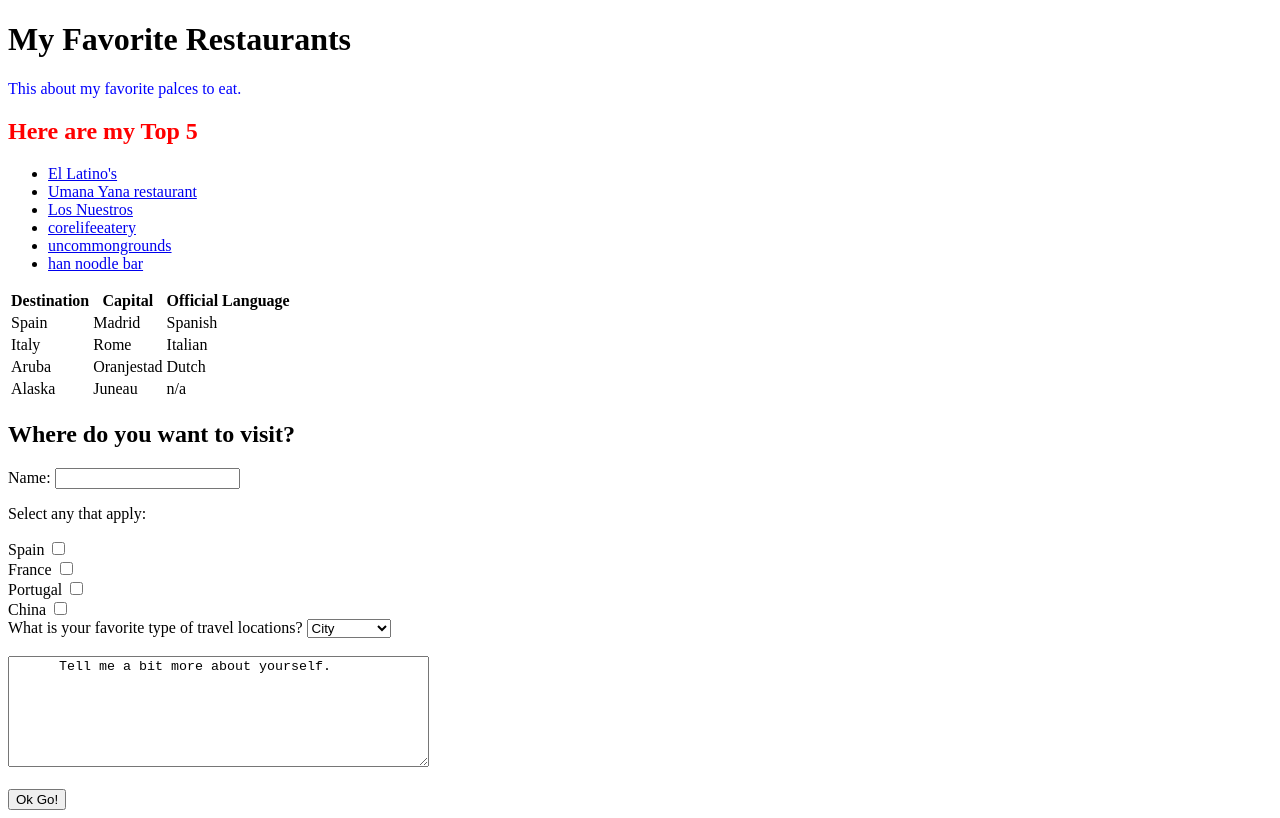
Repository: ayannasampson/FavRest
Page: rest.html
An editor plug-in stored every save of this project. The page is shown before and after the next save, followed by the edit.
The browser window is 1280 px wide. The pictures show the whole page.

Above is the page before, as saved 2023-03-14 18:02:35.
Not found: basics.css

### rest.html
<!DOCTYPE html>
<html>

    <head>
      <title>Favorite Restaurants</title>
      <link rel="stylesheet" href="basics.css">
    </head>
    <style>
      .red {
        color: red;
      }
      .blue {
        color: blue;
      }
    </style>
    <body>
      <h1> My Favorite Restaurants</h1>
      <div class="blue">
      <p>This about my favorite palces to eat.</p>
    </div>
      <h2> <span class="red">Here are my Top 5 </span></h2>
      <ul>
        <li>

          <a href="https://www.facebook.com/ElLatinoRestaurant/" target="_blank">El Latino's</a>
        </li>
        <li>

          <a href="http://www.umanarestaurant.com/" target="_blank">Umana Yana restaurant</a>
        </li>
        <li>

          <a href="https://lonuestrodominicanrestaurant.com/" target="_blank">Los Nuestros</a>
        </li>
        <li>

          <a href="https://www.corelifeeatery.com/" target="_blank">corelifeeatery</a>
        </li>
        <li>

            <a href="https://www.uncommongrounds.com/" target="_blank">uncommongrounds</a>
          </li>
          <li>
            <a href="https://hannoodlebar.com/" target="_blank">han noodle bar</a>
          </li>
      </ul>

<table>
  <tr>
    <th>Destination</th>
    <th>Capital</th>
    <th>Official Language</th>
  </tr>
  <tr>
    <td>Spain</td>
    <td>Madrid</td>
    <td>Spanish</td>
  </tr>
  <tr>
    <td>Italy</td>
    <td>Rome</td>
    <td>Italian</td>
  </tr>
  <tr>
    <td>Aruba</td>
    <td>Oranjestad</td>
    <td>Dutch</td>
  </tr>
  <tr>
    <td>Alaska</td>
    <td>Juneau</td>
    <td>n/a</td>
  </tr>
</table>
<h2> Where do you want to visit? </h2>
<form>
  <label for="name">Name: </label>
  <input type="text" id="name" name="name"
<br>
<p>Select any that apply:</p>
<label for="spain">Spain</label>
    <input type="checkbox" id="spain" name="spain"><br>

    <label for="france">France</label>
    <input type="checkbox" id="france" name="france"><br>

    <label for="portugal">Portugal</label>
    <input type="checkbox" id="portugal" name="portugal"><br>
    <label for="china">China</label>
    <input type="checkbox" id="china" name="china"><br>
    <label for="type">What is your favorite type of travel locations?</label>
        <select id="type" name="type">
            <option value="beach">Beach</option>
            <option value="mountains">Mountains</option>
            <option value="city" selected>City</option>
        </select>
        <br><br>
    <textarea id="bio" name="bio" rows="7" cols="50">
      Tell me a bit more about yourself.
    </textarea>
    <br><br>
    <input type=submit value="Ok Go!">
</form>

</body>
</html>

After the next save:
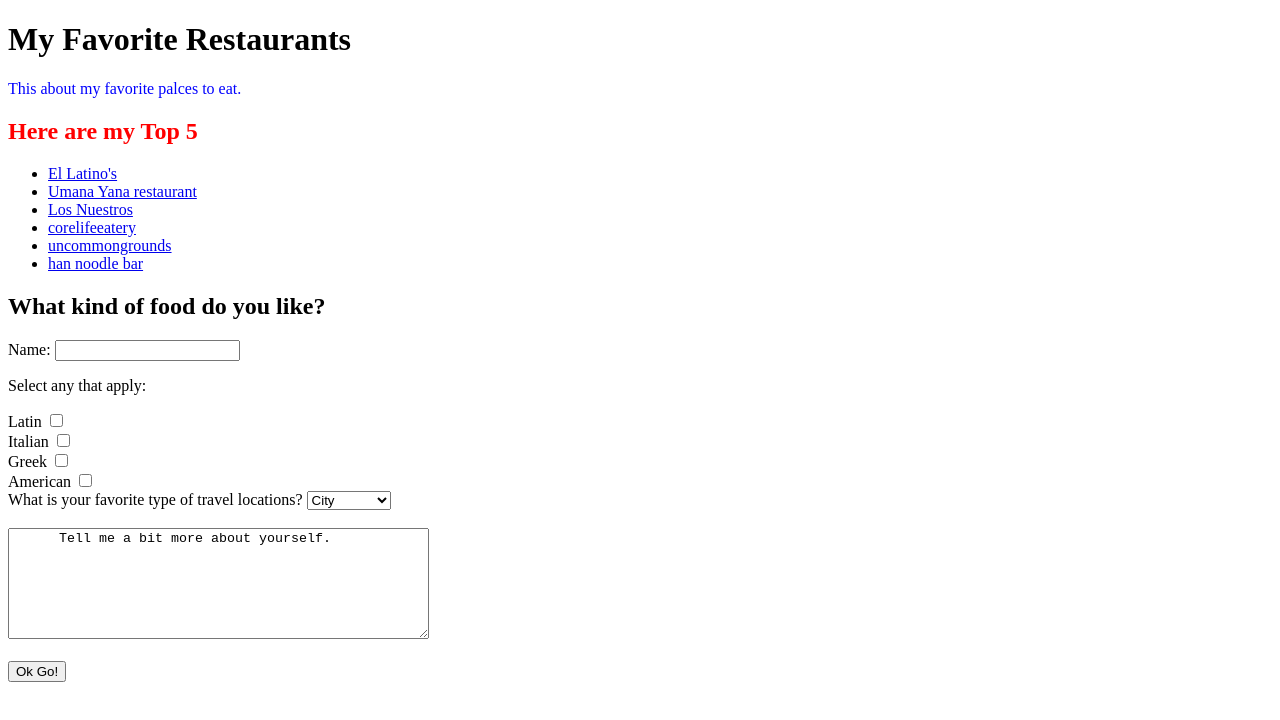
Saved 8 min 34 s later.
--- a/rest.html
+++ b/rest.html
@@ -45,49 +45,23 @@
           </li>
       </ul>
 
-<table>
-  <tr>
-    <th>Destination</th>
-    <th>Capital</th>
-    <th>Official Language</th>
-  </tr>
-  <tr>
-    <td>Spain</td>
-    <td>Madrid</td>
-    <td>Spanish</td>
-  </tr>
-  <tr>
-    <td>Italy</td>
-    <td>Rome</td>
-    <td>Italian</td>
-  </tr>
-  <tr>
-    <td>Aruba</td>
-    <td>Oranjestad</td>
-    <td>Dutch</td>
-  </tr>
-  <tr>
-    <td>Alaska</td>
-    <td>Juneau</td>
-    <td>n/a</td>
-  </tr>
-</table>
-<h2> Where do you want to visit? </h2>
+
+<h2> What kind of food do you like? </h2>
 <form>
   <label for="name">Name: </label>
   <input type="text" id="name" name="name"
 <br>
 <p>Select any that apply:</p>
-<label for="spain">Spain</label>
-    <input type="checkbox" id="spain" name="spain"><br>
+<label for="Latin">Latin</label>
+    <input type="checkbox" id="Latin" name="Latin"><br>
 
-    <label for="france">France</label>
-    <input type="checkbox" id="france" name="france"><br>
+    <label for="Italian">Italian</label>
+    <input type="checkbox" id="Italian" name="Italian"><br>
 
-    <label for="portugal">Portugal</label>
-    <input type="checkbox" id="portugal" name="portugal"><br>
-    <label for="china">China</label>
-    <input type="checkbox" id="china" name="china"><br>
+    <label for="Greek">Greek</label>
+    <input type="checkbox" id="Greek" name=Greek"><br>
+    <label for="American">American</label>
+    <input type="checkbox" id="American" name="American"><br>
     <label for="type">What is your favorite type of travel locations?</label>
         <select id="type" name="type">
             <option value="beach">Beach</option>
